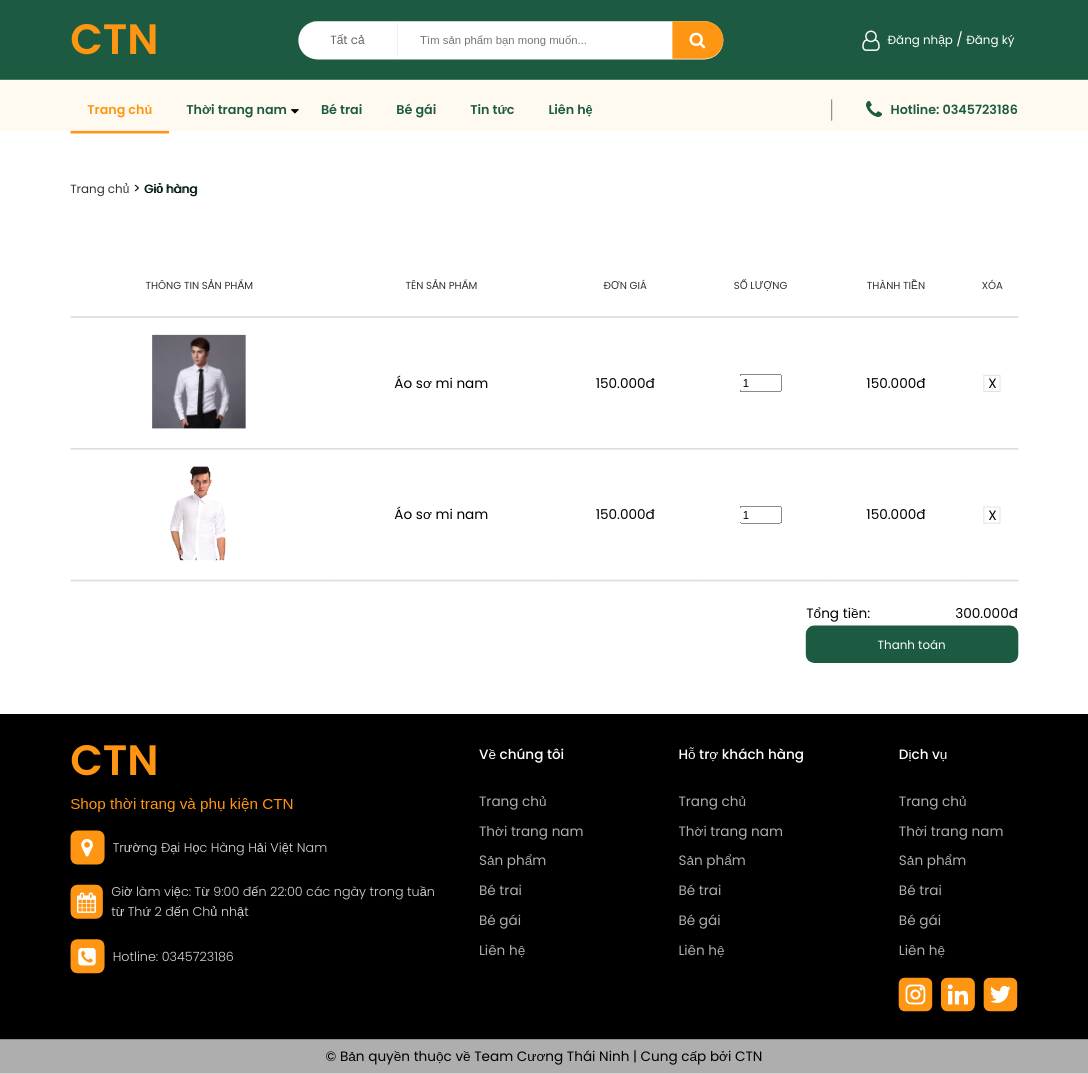
Repository: cuongchua2k2/BaiTapLon-web
Page: cart.html
These files come from the project's save history. The page is drawn as it stood at one moment and after the next save; the edit follows.
The browser window is 1280 px wide. The pictures show the whole page, at 85% of full size.

Above is the page before, as saved 2023-12-23 12:00:12.
Console error: TypeError: Cannot read properties of null (reading 'style')

### cart.html
<!DOCTYPE html>
<html lang="en">
  <head>
    <meta charset="UTF-8" />
    <meta name="viewport" content="width=device-width, initial-scale=1.0" />
    <!-- reset css -->
    <link rel="stylesheet" href="./assets/css/reset.css" />
    <!-- style css -->
    <link rel="stylesheet" href="./assets/css/style.css" />
    <!-- icon -->
    <link
      rel="stylesheet"
      href="https://cdnjs.cloudflare.com/ajax/libs/font-awesome/4.7.0/css/font-awesome.min.css"
    />
    <!-- font  -->
    <link rel="stylesheet" href="./assets/font/stylesheet.css" />
    <title>Bài tập lớn - shop bán quần áo</title>
    <script src="./assets/javascript/app.js"></script>
  </head>
  <body>
    <!-- header -->
    <div id="home"></div>
    <header>
      <div id="header">
        <div class="content">
          <!-- header-nav -->
          <div class="nav">
            <div class="nav__logo">
              <a href="./index.html"><span class="logo__content">CTN</span></a>
            </div>
            <!-- search -->
            <div class="nav__search">
              <p class="nav__desc">Tất cả</p>
              <input
                type="text"
                class="nav__txtsearch"
                placeholder="Tìm sản phẩm bạn mong muốn..."
              />
              <button class="nav__btn--search">
                <i class="fa fa-search" style="font-size: 20px"></i>
              </button>
            </div>
            <!-- login -->
            <div class="login">
              <i
                class="fa fa-user-o"
                style="font-size: 24px; color: #fff; margin-right: 5px"
              ></i>
              <a href="#!" class="btn btn-login">Đăng nhập</a>
              <span style="color: #fff">/</span>
              <a href="#!" class="btn btn-create">Đăng ký</a>
            </div>
          </div>
        </div>
      </div>
      <!-- navbar -->
      <div class="navbar">
        <div class="content navbar__content">
          <ul class="navbar__lv1">
            <li>
              <a href="./index.html" class="active lv1__item">Trang chủ</a>
            </li>
            <li class="lv2">
              <a href="#!" class="lv1__item">Thời trang nam</a>
              <i class="fa fa-sort-desc arrow"></i>
              <ul class="navbar__lv2">
                <li>
                  <a href="#!" class="lv1__item">Sơ mi nam</a>
                </li>
                <li>
                  <a href="#!" class="lv1__item">Quần âu nam</a>
                </li>
                <li>
                  <a href="#!" class="lv1__item">Quần short nam</a>
                </li>
              </ul>
            </li>
            <li>
              <a href="#!" class="lv1__item">Bé trai</a>
            </li>
            <li>
              <a href="#!" class="lv1__item">Bé gái</a>
            </li>
            <li>
              <a href="#!" class="lv1__item">Tin tức</a>
            </li>
            <li>
              <a href="#!" class="lv1__item">Liên hệ</a>
            </li>
          </ul>
          <div class="horizontal"></div>
          <a href="tel:0345723186" class="hotline">
            <i class="fa fa-phone" style="font-size: 24px; color: #1c5b41"></i>
            <span class="hotline__desc">Hotline: 0345723186</span>
          </a>
        </div>
      </div>
    </header>
    <!-- main cart -->
    <main>
      <div class="cart">
        <div class="content">
          <div class="cart__nav">
            <a href="./index.html" class="category__nav__home">Trang chủ</a>
            <span>&gt;</span>
            <span class="category__desc">Giỏ hàng</span>
          </div>
          <!-- cart body -->
          <div class="cart__body">
            <table>
              <tr class="cart__product">
                <th class="cart__header">Thông tin sản phẩm</th>
                <th class="cart__header">Tên sản phẩm</th>
                <th class="cart__header">Đơn giá</th>
                <th class="cart__header">Số lượng</th>
                <th class="cart__header">Thành tiền</th>
                <th class="cart__header">Xóa</th>
              </tr>
              <tr class="cart__product">
                <td>
                  <img
                    src="./assets/img/ao-nam/20170217_0427bfbc9d71640bab001de0b67f8d7b_1487266014.jpg"
                    alt=""
                    class="cart__image"
                  />
                </td>
                <td><p>Áo sơ mi nam</p></td>
                <td>150.000<sub>đ</sub></td>
                <td><input type="number" value="1" min="1" /></td>
                <td>150.000<sub>đ</sub></td>
                <td><span>X</span></td>
              </tr>
              <tr class="cart__product">
                <td>
                  <img
                    src="./assets/img/ao-nam/ao_so_mi_nam_trang_gan_noi_0d10.jpg"
                    alt=""
                    class="cart__image"
                  />
                </td>
                <td><p>Áo sơ mi nam</p></td>
                <td>150.000<sub>đ</sub></td>
                <td><input type="number" value="1" min="1" /></td>
                <td>150.000<sub>đ</sub></td>
                <td><span>X</span></td>
              </tr>
            </table>
          </div>
          <!-- cart bottom -->
          <div class="cart__bottom">
            <div class="row">
              <span>Tổng tiền:</span>
              <span>300.000<sub>đ</sub></span>
            </div>
            <a href="" class="btn buy__done">Thanh toán</a>
          </div>
        </div>
      </div>
    </main>
    <!-- footer -->
    <footer>
      <div class="footer-body">
        <div class="content footer__content">
          <div class="footer__left">
            <div class="nav__logo">
              <a href="./index.html"><span class="logo__content">CTN</span></a>
            </div>
            <p class="logo__desc">Shop thời trang và phụ kiện CTN</p>
            <div class="info-shop">
              <!-- location -->
              <i
                class="fa fa-map-marker info__icon"
                style="font-size: 24px"
              ></i>
              <span class="info-shop__desc"
                >Trường Đại Học Hàng Hải Việt Nam</span
              >
            </div>
            <!-- work time -->
            <div class="info-shop">
              <i class="fa fa-calendar info__icon" style="font-size: 24px"></i>
              <span class="info-shop__desc"
                >Giờ làm việc: Từ 9:00 đến 22:00 các ngày trong tuần từ Thứ 2
                đến Chủ nhật</span
              >
            </div>
            <!-- hotline -->
            <div class="info-shop">
              <i
                class="fa fa-phone-square info__icon"
                style="font-size: 24px"
              ></i>
              <a href="tel:0345723186" class="info-shop__desc"
                >Hotline: 0345723186</a
              >
            </div>
          </div>
          <div class="footer__right">
            <!-- menu 1 -->
            <ul class="menu">
              <li class="menu__title">Về chúng tôi</li>
              <li class="menu__item">
                <a href="./index.html">Trang chủ</a>
              </li>
              <li class="menu__item">
                <a href="#!">Thời trang nam</a>
              </li>
              <li class="menu__item">
                <a href="#!">Sản phẩm</a>
              </li>
              <li class="menu__item">
                <a href="#!">Bé trai</a>
              </li>
              <li class="menu__item">
                <a href="#!">Bé gái</a>
              </li>
              <li class="menu__item">
                <a href="#!">Liên hệ</a>
              </li>
            </ul>
            <!-- menu 2 -->
            <ul class="menu">
              <li class="menu__title">Hỗ trợ khách hàng</li>
              <li class="menu__item">
                <a href="./index.html">Trang chủ</a>
              </li>
              <li class="menu__item">
                <a href="#!">Thời trang nam</a>
              </li>
              <li class="menu__item">
                <a href="#!">Sản phẩm</a>
              </li>
              <li class="menu__item">
                <a href="#!">Bé trai</a>
              </li>
              <li class="menu__item">
                <a href="#!">Bé gái</a>
              </li>
              <li class="menu__item">
                <a href="#!">Liên hệ</a>
              </li>
            </ul>
            <!-- menu 3 -->
            <ul class="menu">
              <li class="menu__title">Dịch vụ</li>
              <li class="menu__item">
                <a href="./index.html">Trang chủ</a>
              </li>
              <li class="menu__item">
                <a href="#!">Thời trang nam</a>
              </li>
              <li class="menu__item">
                <a href="#!">Sản phẩm</a>
              </li>
              <li class="menu__item">
                <a href="#!">Bé trai</a>
              </li>
              <li class="menu__item">
                <a href="#!">Bé gái</a>
              </li>
              <li class="menu__item">
                <a href="#!">Liên hệ</a>
              </li>
              <li class="social-network">
                <a href="#!"
                  ><img
                    src="./assets/img/Instagram.svg"
                    alt=""
                    class="info__icon"
                /></a>
                <a href="#!"
                  ><img
                    src="./assets/img/linked_in.svg"
                    alt=""
                    class="info__icon"
                /></a>
                <a href="#!"
                  ><img
                    src="./assets/img/twitter.svg"
                    alt=""
                    class="info__icon"
                /></a>
              </li>
            </ul>
          </div>
        </div>
      </div>
      <div class="exclusive">
        <span class="exclusive__desc"
          >© Bản quyền thuộc về Team Cương Thái Ninh | Cung cấp bởi CTN
        </span>
      </div>
    </footer>
  </body>
</html>

### assets/css/style.css
:root {
  --primary-color: #fe9614;
}

* {
  box-sizing: border-box;
}

html,
body {
  scroll-behavior: smooth;
}

html {
  font-size: 62.5%;
}

body {
  font-family: "Poppins", sans-serif;
  font-size: 1.6rem;
  /* height: 5000px; */
}

/* =====================common ======================*/

a {
  text-decoration: none;
}

.content {
  width: 1115px;
  max-width: calc(100% - 48px);
  margin: 0px auto;
}

.btn {
  text-decoration: none;
  color: #fff;
  font-size: 1.4rem;
  font-weight: 400;
}

.btn:hover {
  opacity: 0.7;
  color: var(--primary-color);
}

/* =====================header========================= */

/* =========== header nav===============*/

header {
  position: sticky;
  top: -95px;
  z-index: 1;
}

#header {
  padding: 22px 0;
  background-color: #1c5b41;
}

.nav {
  display: flex;
  justify-content: space-between;
  align-items: center;
}

.logo__content {
  font-size: 5rem;
  font-weight: 600;
  color: var(--primary-color);
}

.nav__search {
  height: 45px;
  width: 500px;
  padding: 4px 0;
  display: flex;
  justify-content: space-between;
  align-items: center;
  background-color: #fff;
  border-radius: 999px;
}

.nav__desc {
  opacity: 0.7;
  padding: 13px 38px;
  font-size: 1.4rem;
  color: #212529;
  font-weight: 400;
  border-right: 1px solid #e5e5e5;
}

.nav__txtsearch {
  outline: none;
  width: 300px;
  height: 40px;
  padding: 15px;
  border: none;
}

.nav__btn--search {
  cursor: pointer;
  height: 44px;
  width: 60px;
  border-radius: 0 40px 40px 0;
  color: #fff;
  background: var(--primary-color);
  border: var(--primary-color);
}

.nav__btn--search:hover {
  background-color: #fff;
  color: var(--primary-color);
}

.login {
  display: flex;
  align-items: center;
}

.btn-login,
.btn-create {
  padding: 8px 4px;
}

/* ===========navbar=============== */

.navbar {
  background-color: #fffaf0;
  padding: 5px 10px;
  height: 60px;
}

.navbar__content {
  display: flex;
  align-items: center;
  justify-content: space-between;
  line-height: 60px;
}

.horizontal {
  height: 25px;
  opacity: 0.7;
  width: 1px;
  background-color: #212529;
  margin-left: auto;
}

.navbar__lv1 {
  display: flex;
}

.lv1__item {
  padding: 15px 20px;
  font-weight: 600;
  font-size: 1.5rem;
  color: #1c5b41;
}

.lv1__item:hover {
  color: var(--primary-color);
}

.hotline {
  display: flex;
  align-items: center;
  margin-left: 40px;
}

.hotline__desc {
  margin-left: 10px;
  font-weight: 600;
  font-size: 1.5rem;
  color: #1c5b41;
}

.hotline__desc:hover {
  color: var(--primary-color);
}

.lv2 {
  position: relative;
}

.navbar__lv2 {
  display: none;
  margin-top: -7px;
  position: absolute;
  background-color: #fff;
  min-width: 200px;
  transform: perspective(600px) rotateX(0deg);
  z-index: 1;
}

.navbar__lv2 > li:not(:first-child) {
  border-top: 1px solid #666;
}

.navbar__lv2 > li > .lv1__item {
  display: inline-block;
  padding: 0 30px;
}

.lv2:hover .navbar__lv2 {
  display: block;
}

.arrow {
  position: absolute;
  top: 20px;
  right: 6px;
}

.lv1__item.active {
  color: var(--primary-color);
  border-bottom: 3px solid var(--primary-color);
}

/* ======================================main================== */

/* ==================banner================ */

.banner {
  background-color: #9f9b8f;
}

.banner__content {
  position: relative;
  overflow: hidden;
}

.banner__list {
  display: flex;
  transition: all 0.5s ease-in-out;
}

.banner__image {
  display: block;
  width: 100%;
  object-fit: cover;
  background-size: cover;
}

.dot__list {
  position: absolute;
  left: 50%;
  bottom: 0;
}

.dot {
  cursor: pointer;
  display: inline-block;
  height: 10px;
  width: 10px;
  border-radius: 50%;
  background-color: #6c757d;
}

.dot__active {
  background-color: var(--primary-color);
}

.dot:hover {
  background-color: var(--primary-color);
}

/* sale */

.sale {
  background-color: var(--primary-color);
}

.sale__image {
  width: 100%;
}

/* ===============product-hot============== */

.product-hot {
  padding: 50px 0;
  background-color: #fffaf0;
}

.title-section {
  position: relative;
  margin-bottom: 60px;
  font-family: "Montserrat", sans-serif;
  font-weight: 700;
  letter-spacing: 0;
  font-size: 4rem;
  color: #1c5b41;
}

.title-section::before {
  position: absolute;
  top: -20px;
  display: inline-block;
  content: "";
  height: 3px;
  width: 110px;
  background-color: var(--primary-color);
}

.product__list {
  width: 100%;
  display: flex;
  /* justify-content: space-between; */
  flex-wrap: wrap;
  gap: 25px 25px;
}

.product__image {
  height: 200px;
  width: 200px;
  object-fit: cover;
  border-radius: 10px;
}

.product__desc {
  margin: 10px 0;
  overflow: hidden;
  white-space: nowrap;
  color: #454545;
  font-weight: 300;
  font-size: 1.4rem;
  line-height: 20px;
}

.price {
  font-size: 1.6rem;
  line-height: 20px;
  color: var(--primary-color);
}

.cta {
  text-align: center;
  margin-top: 60px;
}

.btn__view-all {
  display: inline-block;
  padding: 20px 70px;
  font-weight: 700;
  font-size: 1.8rem;
  line-height: 22px;
  color: #fff;
  background: #1c5b41;
  border-radius: 10px;
}

.btn__view-all:hover {
  opacity: 1;
  background-color: var(--primary-color);
  color: #fff;
}

/*==================== product new================= */

.product-new {
  padding: 90px 0;
}

.product-new__body {
  display: flex;
  justify-content: space-between;
  align-items: flex-start;
}

.body__left {
  width: 40%;
}

.body__right {
  margin-left: 30px;
  width: 60%;
}

.product-new__image {
  width: 100%;
  height: 545px;
  object-fit: cover;
  border-radius: 10px;
}

/*=========================== product same price========================== */

.same-price {
  background-color: #1c5b41;
  padding: 60px 0;
}

.same-price__banner {
  width: 100%;
  height: auto;
  border-radius: 10px;
  margin-bottom: 20px;
}

.same-price__title {
  color: #fff;
}

.btn__same-price {
  display: inline-block;
  padding: 20px 70px;
  font-weight: 700;
  font-size: 1.8rem;
  line-height: 22px;
  color: #fff;
  background: var(--primary-color);
  border-radius: 10px;
}

.btn__same-price:hover {
  opacity: 1;
  background-color: #fff;
  color: var(--primary-color);
}

.same-price__desc {
  color: #fff !important;
}

.product__item {
  position: relative;
}

.buy-product {
  display: none;
  width: 100%;
  padding: 7px;
  position: absolute;
  top: 163px;
  border-radius: 0 0 10px 10px;
  background-color: #6c757d;
}

.product__item:hover .buy-product {
  display: inline-flex;
  align-items: center;
  justify-content: center;
}

.buy-product:hover {
  background-color: var(--primary-color);
}

.buy-product__desc {
  color: #fff;
  font-size: 1.4rem;
  margin-left: 3px;
}

/* ==============good price====================== */

.good-price {
  background-color: #fffaf0;
}

/* ============all local brand */

.brand__img {
  width: 100%;
  object-fit: cover;
}

/* ===========================footer======================= */

.footer-body {
  padding: 30px 0;
  background-color: #000;
}
.footer__content {
  display: flex;
  align-items: flex-start;
}

.footer__left {
  width: 40%;
  margin-right: 35px;
}

.logo__desc {
  font-family: "Montserrat", sans-serif;
  font-weight: 500;
  font-size: 1.8rem;
  line-height: 22px;
  color: #fe9614;
  margin-top: 15px;
}

.info-shop {
  margin-top: 20px;
  display: flex;
  align-items: center;
}

.info__icon {
  text-align: center;
  width: 40px;
  height: 40px;
  padding: 8px;
  line-height: 40px;
  border-radius: 8px;
  color: #fff;
  background-color: var(--primary-color);
}

.info-shop__desc {
  margin-left: 10px;
  font-size: 1.5rem;
  line-height: 1.6;
  color: #ffffffd6;
  font-weight: 300;
}

.footer__right {
  width: calc(60% - 35px);
  display: flex;
  justify-content: space-between;
  gap: 0 20px;
}

.menu__title {
  font-weight: 500;
  font-size: 1.6rem;
  line-height: 35px;
  color: #ffffff;
  margin-bottom: 20px;
}

.menu__item > a {
  font-weight: 400;
  font-size: 1.6rem;
  line-height: 35px;
  color: #aeaeae;
}

.menu__item > a:hover {
  color: var(--primary-color);
}

.social-network {
  margin-top: 15px;
  display: flex;
  gap: 10px;
}

.exclusive {
  background-color: #aeaeae;
  padding: 12px 0;
  text-align: center;
}

/* ==================================category========================== */

.category {
  padding: 60px 0;
}

.category__nav {
  display: flex;
  align-items: center;
  gap: 0 20px;
  margin-bottom: 30px;
}

.category__nav__home {
  color: #333;
  font-size: 1.4rem;
}

.category__desc {
  font-size: 1.4rem;
  text-shadow: 1px 0 0 #1c5b41;
}

.category__nav__home:hover,
.category__desc-home:hover {
  text-shadow: 1px 0 0 #1c5b41;
}

/* ================product==================== */

.product {
  padding: 60px 0;
}

.category__desc-home {
  color: #333;
  text-shadow: none;
}

.product-content {
  font-family: "Montserrat", sans-serif;
  display: flex;
  align-items: flex-start;
  justify-content: space-between;
  gap: 0 30px;
}

.product-left,
.product-right {
  width: 50%;
}

.product-big-image {
  border-radius: 10px;
  width: 100%;
  height: auto;
  object-fit: cover;
}

.product-title {
  font-weight: 600;
  font-size: 2.2rem;
  line-height: 27px;
  color: #000000;
  margin-bottom: 10px;
}

.product__desc {
  font-weight: 500;
  font-size: 1.5rem;
  line-height: 18px;
  color: #484848;
  margin-bottom: 20px;
}

.product__price {
  font-weight: 700;
  font-size: 2.8rem;
  line-height: 34px;
  text-transform: uppercase;
  color: #ff6563;
}

.row {
  display: flex;
  align-items: center;
  margin-top: 30px;
  gap: 0 20px;
}

.product__icon {
  width: 55px;
  height: 55px;
}

.product__info__desc {
  display: block;
  font-weight: 700;
  font-size: 1.6rem;
  line-height: 162.9%;
  color: #484848;
}

.product__info__sub {
  display: block;
  width: 100%;
  font-weight: 500;
  font-size: 1.6rem;
  line-height: 162.9%;
  color: #484848;
}

.cta-buy-product {
  margin-top: 30px;
}

.choose-quantity {
  display: inline-block;
  border: 1px solid #cfcdc6;
  border-collapse: collapse;
  border-radius: 3px;
}

.minus-quantity,
.add-quantity {
  cursor: pointer;
  padding: 10px 15px;
  color: #ee4f83;
  border: none;
}

.txt-quantity {
  border: 1px solid #cfcdc6;
  text-align: center;
  outline: none;
  border: none;
}
label {
  font-size: 1.6rem;
  color: #212529;
}

.button {
  margin-top: 30px;
}

.buy-now,
.add-cart {
  border-radius: 10px;
  font-size: 1.6rem;
  max-width: 370px;
  margin-top: 10px;
  text-align: center;
  display: block;
  background-color: #1c5b41;
  padding: 20px;
}

.add-cart {
  background-color: #fff;
  color: #1c5b41;
  border: 1px solid #1c5b41;
}

.buy-now:hover,
.add-cart:hover {
  background-color: var(--primary-color);
  color: #fff;
  border: none;
}

/* ====================cart=================== */

.cart {
  padding: 60px 0;
}

.cart__body {
  margin-top: 100px;
}

.cart__body table {
  width: 100%;
  text-align: center;
}

.cart__product td {
  padding: 20px 0;
  border-bottom: 2px solid #dddddd;
  vertical-align: middle;
}

.cart__product input {
  width: 50px;
}

.cart__product span {
  display: block;
  width: 20px;
  height: 20px;
  line-height: 20px;
  border: 1px solid #dddddd;
  text-align: center;
  cursor: pointer;
  margin: 0px auto;
}

.cart__product span:hover {
  color: #fff;
  background-color: #1c5b41;
}

.cart__image {
  width: 110px;
  height: 110px;
  object-fit: cover;
}

.cart__header {
  text-align: center;
  padding-bottom: 30px;
  font-size: 12px;
  text-transform: uppercase;
  color: #333;
  border-bottom: 2px solid #dddddd;
  border-collapse: collapse;
}

.cart__bottom {
  text-align: right;
  margin-left: auto;
}

.cart__bottom > .row {
  justify-content: flex-end;
  gap: 0 100px;
}

.buy__done {
  margin-top: 6px;
  display: inline-block;
  border-radius: 10px;
  background-color: #1c5b41;
  text-align: center;
  width: 250px;
  padding: 15px;
}

Loaded but not shown: assets/css/reset.css (common file); assets/javascript/app.js (42 lines, source omitted); assets/font/stylesheet.css (161 lines, source omitted)

After the next save:
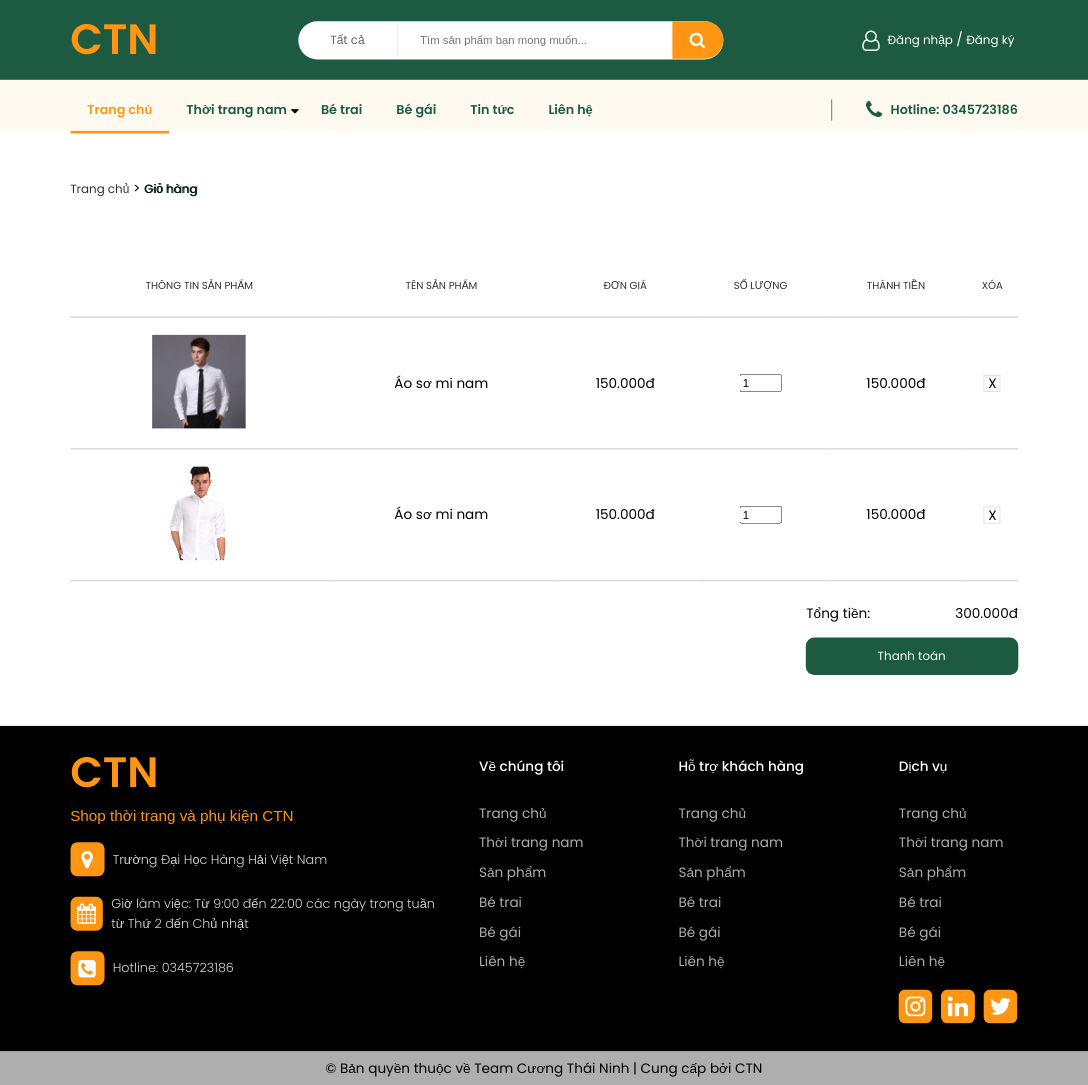
Saved 18 s later.
--- a/assets/css/style.css
+++ b/assets/css/style.css
@@ -793,7 +793,7 @@ label {
 }
 
 .buy__done {
-  margin-top: 6px;
+  margin-top: 20px;
   display: inline-block;
   border-radius: 10px;
   background-color: #1c5b41;
